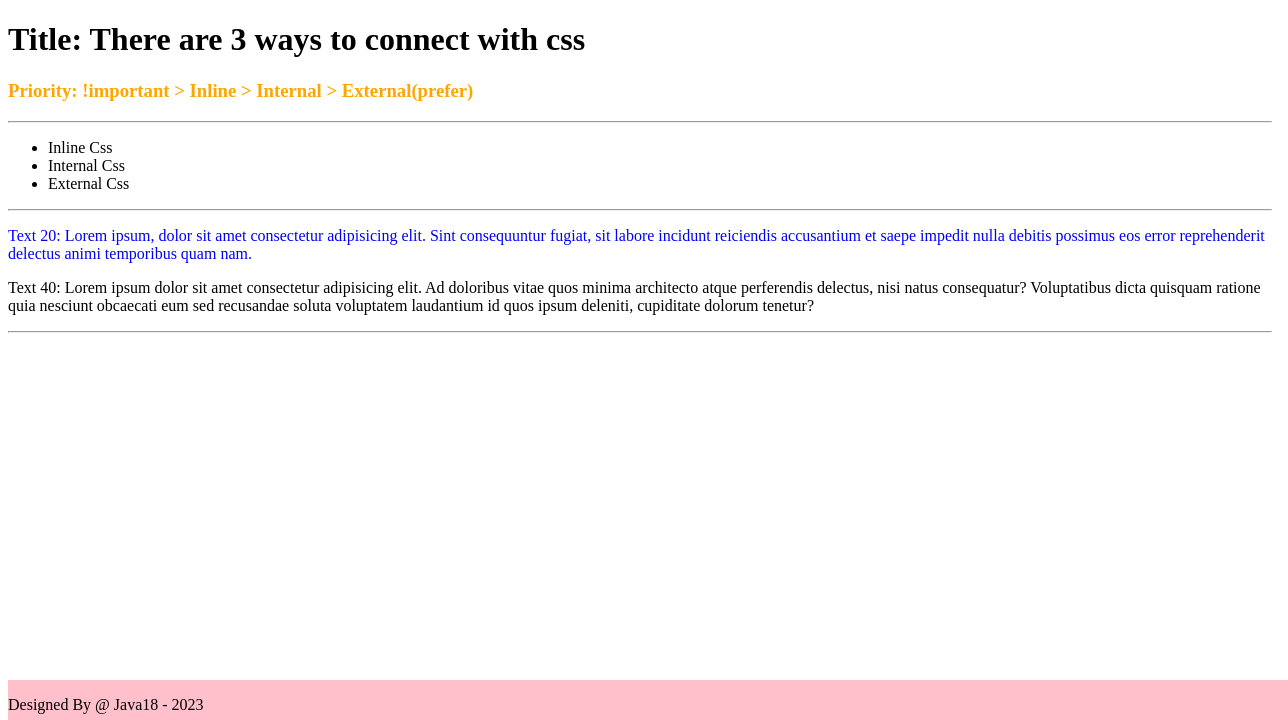
Repository: j4tdn/java18-repository
Page: 2. CSS3/ex02-css-selector-class-id.html
These files come from the project's save history. The page is drawn as it stood at one moment and after the next save; the edit follows.
The browser window is 1280 px wide. The page is 1288 px wide, so the pictures cover 1288 px, including what lies to the right of the window. The pictures show the whole page.

Above is the page before, as saved 2023-10-21 17:55:39.

### 2. CSS3/ex02-css-selector-class-id.html
<!DOCTYPE html>
<html lang="en">
  <head>
    <meta charset="UTF-8" />
    <meta name="viewport" content="width=device-width, initial-scale=1.0" />
    <title>Ex02 - Css Selector class id</title>
    <link rel="stylesheet" href="css/style-base.css" />
    <link rel="stylesheet" href="css/utils.css" />
  </head>
  <body>
    <!-- html comments -->
    <div id="page-header">
      <h1>Title: There are 3 ways to connect with css</h1>
      <h3 class="text-orange">
        Priority: !important > Inline > Internal > External(prefer)
      </h3>
    </div>

    <hr />

    <div id="page-main">
      <ul>
        <li>Inline Css</li>
        <li>Internal Css</li>
        <li>External Css</li>
      </ul>
      <hr />
      <p class="text-blue">
        Text 20: Lorem ipsum, dolor sit amet consectetur adipisicing elit. Sint
        consequuntur fugiat, sit labore incidunt reiciendis accusantium et saepe
        impedit nulla debitis possimus eos error reprehenderit delectus animi
        temporibus quam nam.
      </p>
      <p>
        Text 40: Lorem ipsum dolor sit amet consectetur adipisicing elit. Ad
        doloribus vitae quos minima architecto atque perferendis delectus, nisi
        natus consequatur? Voluptatibus dicta quisquam ratione quia nesciunt
        obcaecati eum sed recusandae soluta voluptatem laudantium id quos ipsum
        deleniti, cupiditate dolorum tenetur?
      </p>
    </div>

    <hr />

    <div id="page-footer">
      <p>Designed By @ Java18 - 2023</p>
    </div>
  </body>
</html>

### 2. CSS3/css/style-base.css
/* CSS SELECTOR CLASS ID */
/* Chỉ có thẻ p với class là text20 mới ăn */
/* p[class="text20"] {
  color: blue;
} */
/* p.text20 {
  color: blue;
} */
/* Tất cả tag với class là text20 */
/* .text20 {
  color: blue;
} */

#page-footer {
  position: absolute;
  bottom: 0;
  width: 100%;
  height: 40px;
  background-color: pink;
}

### 2. CSS3/css/utils.css
.text-green {
  color: green;
}
.text-blue {
  color: blue;
}
.text-orange {
  color: orange;
}

After the next save:
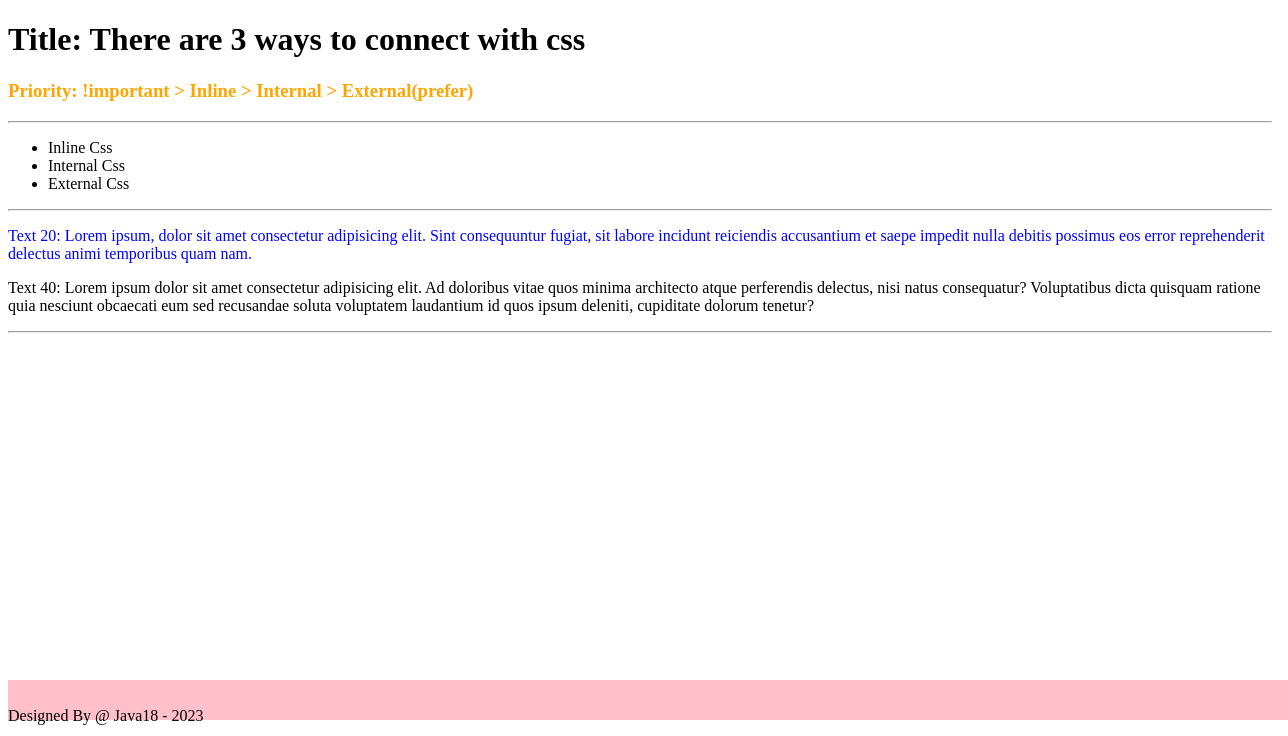
Saved 95 s later.
--- a/2. CSS3/css/style-base.css
+++ b/2. CSS3/css/style-base.css
@@ -18,3 +18,6 @@
   height: 40px;
   background-color: pink;
 }
+#page-footer > p {
+  line-height: 40px;
+}
